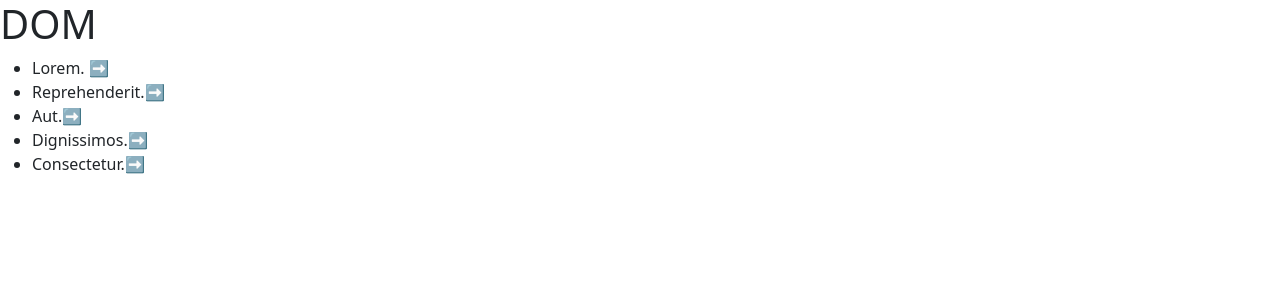
Repository: GorkemTurhan89/jsTutorial
Page: day17/71-dom3.html
The author's editor kept a copy of each file at every save. The page is drawn from the files as they stood at one save, then again after the next save.
The browser window is 1280 px wide. The pictures show the whole page.

Above is the page before, as saved 2024-06-22 23:22:29.
Console error: TypeError: Cannot read properties of null (reading 'innerText')

After the next save:
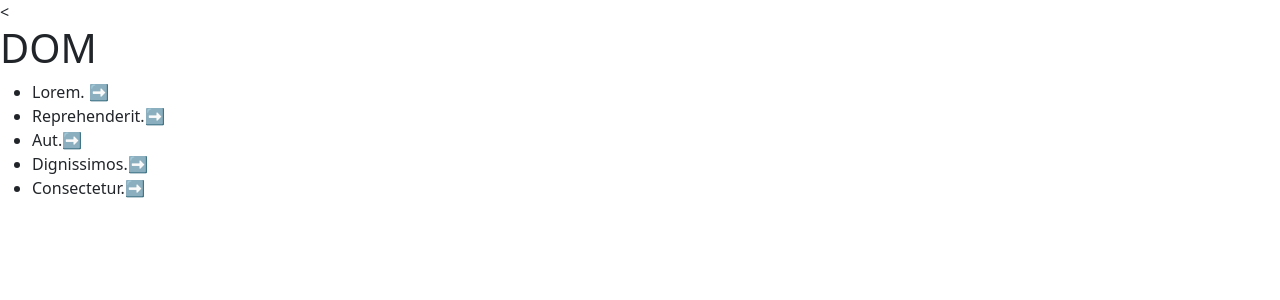
Saved 28 s later.
--- a/day17/71-dom3.html
+++ b/day17/71-dom3.html
@@ -9,7 +9,7 @@
 </head>
 <body>
 
-    <h1>DOM</h1></header>
+    <<h1>DOM</h1></header>
 
     <main>
         <ul id="employeeList" class="list"><!-- comment -->

After the save that followed:
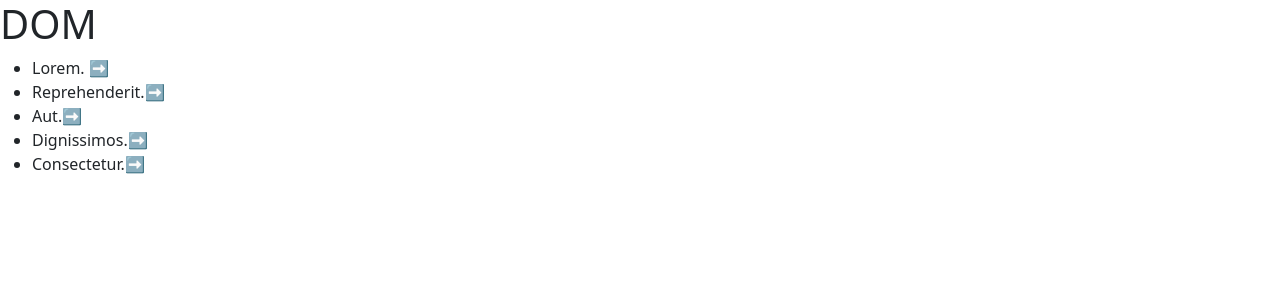
Saved 4 s later.
--- a/day17/71-dom3.html
+++ b/day17/71-dom3.html
@@ -9,7 +9,7 @@
 </head>
 <body>
 
-    <<h1>DOM</h1></header>
+    <h1>DOM</h1></header>
 
     <main>
         <ul id="employeeList" class="list"><!-- comment -->
